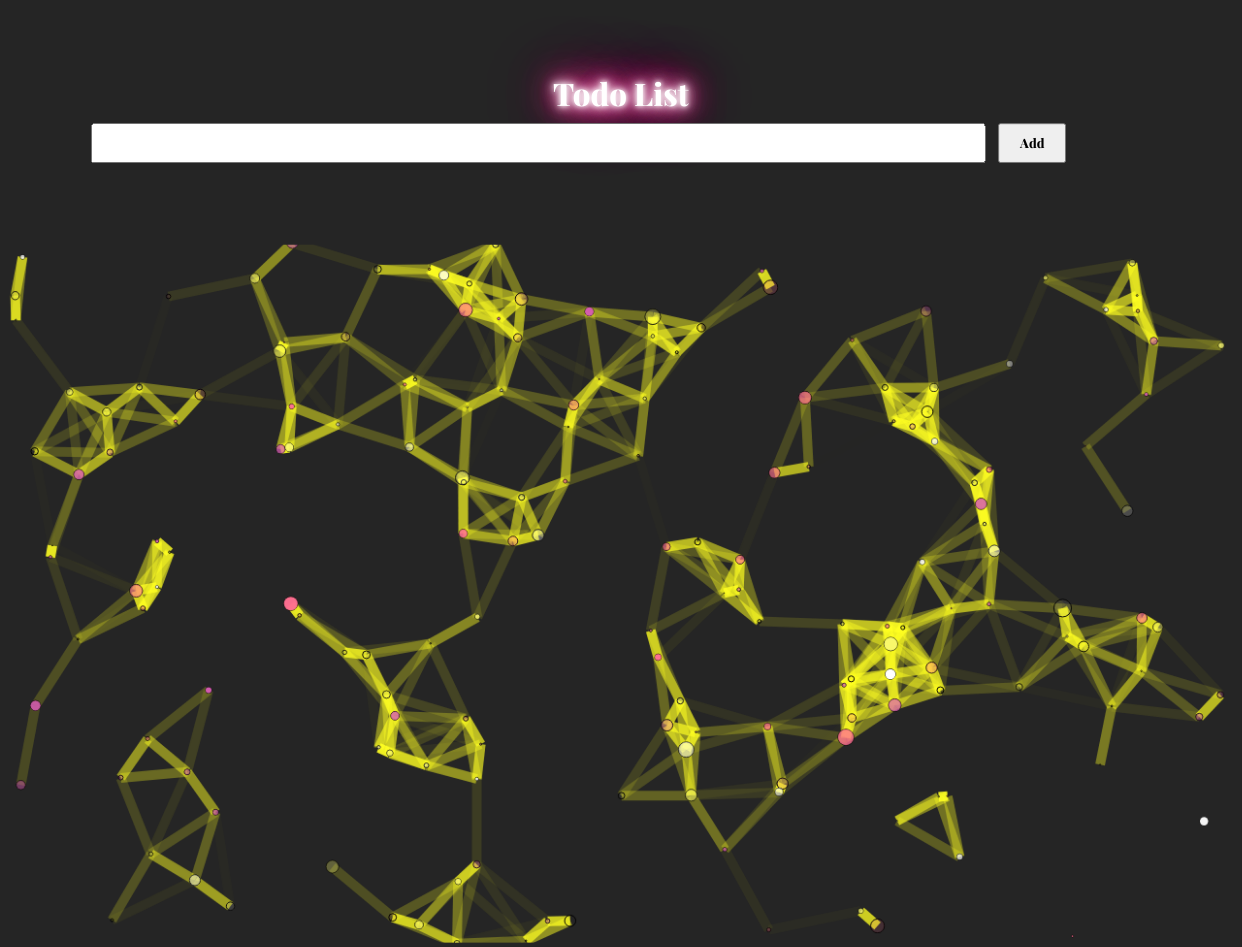
Repository: TENSAEA/----todo
Page: index.html
An editor plug-in stored every save of this project. The page is shown before and after the next save, followed by the edit.
The browser window is 1280 px wide. The pictures show the whole page, at 97% of full size.
Some web fonts or font styles are not loaded; a fallback is used.

Above is the page before, as saved 2023-10-12 22:23:11.

After the next save:
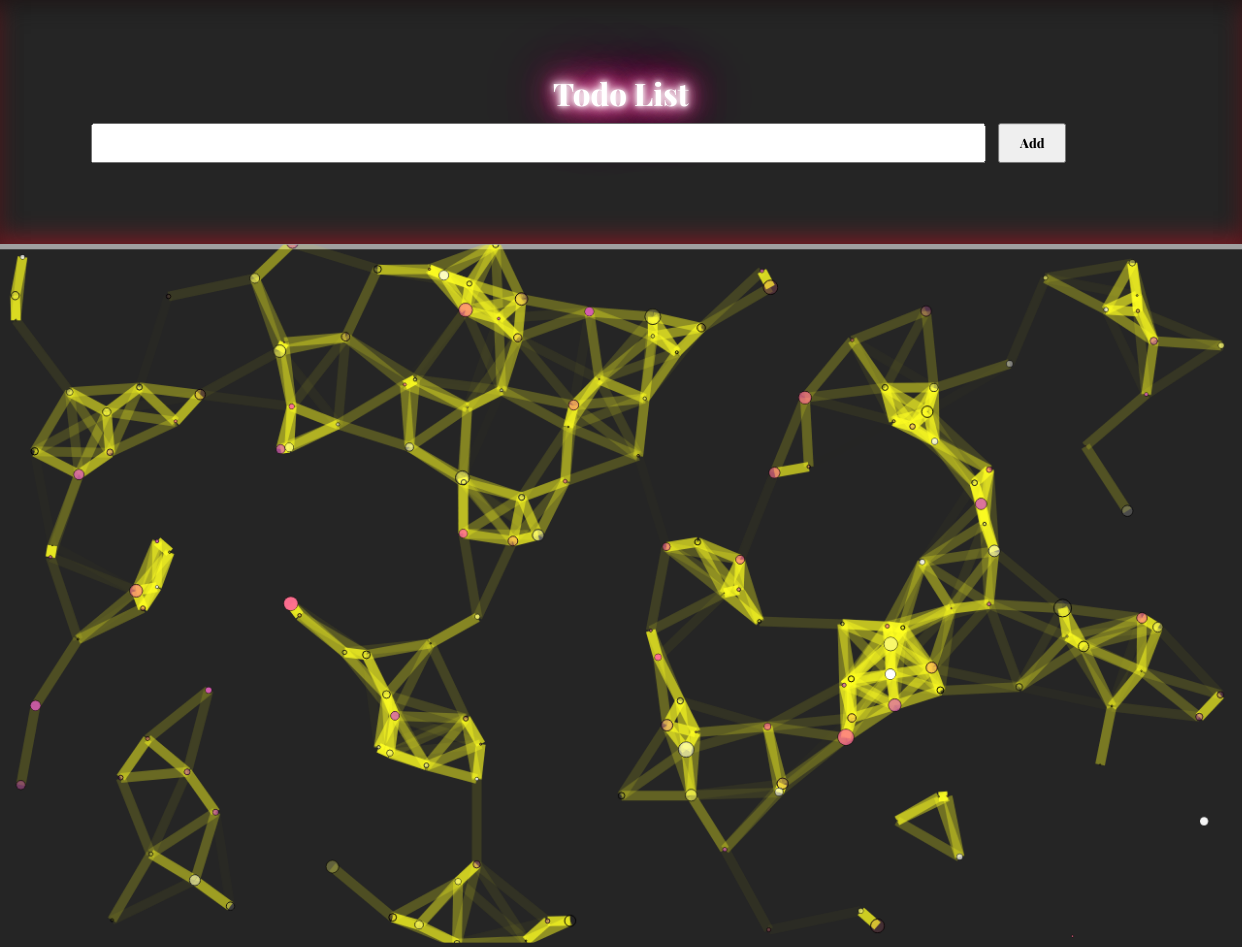
Saved 79 s later.
--- a/style.css
+++ b/style.css
@@ -21,7 +21,8 @@ body{
 }
 
 .container{
-    background-color: ;
+    -webkit-box-shadow: 0px 0px 0px 5px #A0A0A0, inset 0px 10px 27px -8px #141414, inset 0px -10px 27px -8px #A31925, 5px 5px 15px 5px rgba(0,0,0,0);
+box-shadow: 0px 0px 0px 5px #A0A0A0, inset 0px 10px 27px -8px #141414, inset 0px -10px 27px -8px #A31925, 5px 5px 15px 5px rgba(0,0,0,0);
     display: flex;
     flex-direction: column;
     padding: 5%;
